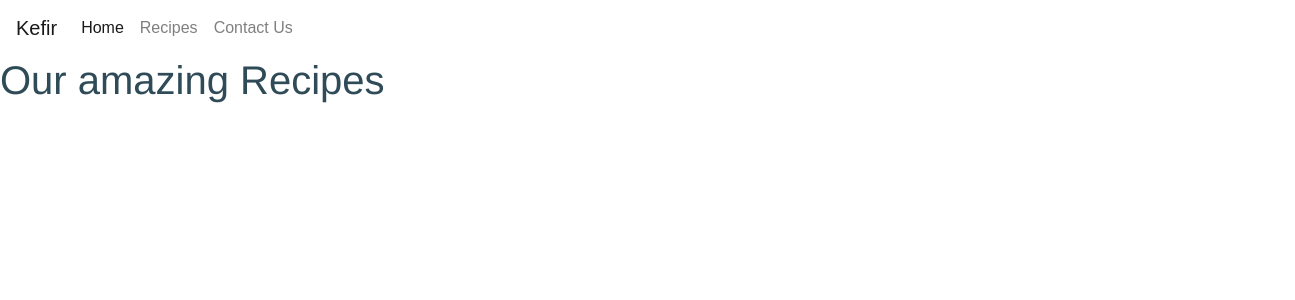
Repository: Code-Institute-Submissions/andna5980-kefir-repo_JuneResub
Page: recipes.html
The author's editor kept a copy of each file at every save. The page is drawn from the files as they stood at one save, then again after the next save.
The browser window is 1280 px wide. The page is 1295 px wide, so the pictures cover 1295 px, including what lies to the right of the window. The pictures show the whole page.
Some web fonts or font styles are not loaded; a fallback is used. Some web libraries are served in a nearby version.

Above is the page before, as saved 2021-03-02 19:44:09.

### recipes.html
<!DOCTYPE html>
<html lang="en-US">

<head>
    <meta charset="UTF-8">
    <meta name="viewport" content="width=device-width, initial-scale=1.0">
    <meta name="author" content="Andres Navarrete">
    <meta name="description"
        content="Kefir, meet the power of nature. Bring the right knowledge and the best recipes from mother nature">
    <meta name="keywords" content="Kefir, recipes, natural-products, home-made, organic, healthy">
    <title>KEFIR | MEET THE POWER OF NATURE</title>
    <link rel="stylesheet" href="https://cdn.jsdelivr.net/npm/bootstrap@4.5.3/dist/css/bootstrap.min.css"
        integrity="sha384-TX8t27EcRE3e/ihU7zmQxVncDAy5uIKz4rEkgIXeMed4M0jlfIDPvg6uqKI2xXr2" crossorigin="anonymous">
    <link rel="stylesheet" href="https://use.fontawesome.com/releases/v5.6.3/css/all.css"
        integrity="sha384-UHRtZLI+pbxtHCWp1t77Bi1L4ZtiqrqD80Kn4Z8NTSRyMA2Fd33n5dQ8lWUE00s/" crossorigin="anonymous">
    <link href="./assets/styles/recipes.css" rel="stylesheet">
</head>

<body>

    <!--------------------Main-Header-------------------------------------->
    <header>
        <nav class="navbar navbar-expand-md navbar-light">
            <a class="navbar-brand" href="#">Kefir</a>
            <button class="navbar-toggler" type="button" data-toggle="collapse" data-target="#navbarNav"
                aria-controls="navbarNav" aria-expanded="false" aria-label="Toggle navigation">
                <span class="navbar-toggler-icon"></span>
            </button>
            <div class="collapse navbar-collapse" id="navbarNav">
                <ul class="navbar-nav">
                    <li class="nav-item active">
                        <a class="nav-link" href="index.html">Home </a>
                    </li>
                    <li class="nav-item">
                        <a class="nav-link" href="recipes.html">Recipes<span class="sr-only">(current)</span></a>
                    </li>
                    <li class="nav-item">
                        <a class="nav-link" href="contact.html">Contact Us</a>
                    </li>

                </ul>
            </div>
        </nav>
    </header>

    <!--------------------Kefir-Recipes-pics-------------------------------------->

    <section class="recipes-title">
        <div class="test-red row">
            <div class="col-12">
                <h1>Our amazing Recipes</h1>
            </div>
        </div>
    </section>




</body>





<script src="https://code.jquery.com/jquery-3.2.1.slim.min.js"
  integrity="sha384-KJ3o2DKtIkvYIK3UENzmM7KCkRr/rE9/Qpg6aAZGJwFDMVNA/GpGFF93hXpG5KkN" crossorigin="anonymous"></script>
<script src="https://cdnjs.cloudflare.com/ajax/libs/popper.js/1.12.9/umd/popper.min.js"
  integrity="sha384-ApNbgh9B+Y1QKtv3Rn7W3mgPxhU9K/ScQsAP7hUibX39j7fakFPskvXusvfa0b4Q" crossorigin="anonymous"></script>
<script src="https://maxcdn.bootstrapcdn.com/bootstrap/4.0.0/js/bootstrap.min.js"
  integrity="sha384-JZR6Spejh4U02d8jOt6vLEHfe/JQGiRRSQQxSfFWpi1MquVdAyjUar5+76PVCmYl" crossorigin="anonymous"></script>
</html>

### assets/styles/recipes.css
@import url('https://fonts.googleapis.com/css2?family=Amatic+SC&family=Caveat+Brush&display=swap');


body {
    font-family: Arial, Helvetica, sans-serif;
    color: #2F4B58;
    max-width: 1950px;
}

h1, h2, h3 {
    font-family:  Caveat Brush, Helvetica, sans-serif;
    color: #2F4B58;
}

### assets/styles/style.css
@import url('https://fonts.googleapis.com/css2?family=Amatic+SC&family=Caveat+Brush&display=swap');

/*.container {
    margin: 15px;
}
*/

body {
    font-family: Arial, Helvetica, sans-serif;
    color: #2F4B58;
    max-width: 1950px;
}

h1, h2, h3 {
    font-family:  Caveat Brush, Helvetica, sans-serif;
    color: #2F4B58;
}


/*----------------------BORDER ROWS AND COLUMNS----------*/

/* .test-red {
    border: 3px solid red
}

.test-blue {
    border:1px solid blue
} */


/*-----------------------Header ----------*/

.navbar-brand {
    float: left;
    color: #2F4B58;
    font-family:  Caveat Brush, Helvetica, sans-serif;
    font-size: 280%;
    margin-left: 20%;
    margin-top: 10px;
}

.navbar-nav {
    float: right;
}

.navbar-nav li a{
    margin-top: 20px;
    color: #2F4B58;
}


.navbar-toggler {
    border: 2px solid #2F4B58;
    color: #2F4B58;
}

/*
.navbar-toggler.icon{

}
*/


/*-----------------------Hero-image ----------*/

.container-hero {
    height: 400px;
    overflow: hidden;
}

.hero-image {
    height: 400px;
    width: 110%;
    background: url(../images/milk-kefir-grains-spoon_1024x1024.jpg) no-repeat center;
    animation-name: hero-zoom;
    animation-duration: 4s;
    animation-fill-mode: forwards;
}

.cover-text h2{
    color: whitesmoke;
    font-size: 140%;
    letter-spacing: 4px;
    text-align: center;



    width: 200px;
    height: 75px;

    padding-top: 10px;

    background-color: rgba(0, 0, 0, .5);
    border-radius: 30px;

    top: 200px;
    left: 100px;

    position: absolute;
}




/*------Animation of the Hero image-------*/

@keyframes hero-zoom {
    from{
        transform: scale(1);
    }
    to{
        transform: scale(1.2);
    }
}

/*-----------------------What-is-kefir-are----------*/

.welcome-text {
    text-align: center;
    margin: 25px, 0;
    padding-top: 30px;
}

.kefir-description{
    padding: 40px;
}

.kefir-description-image {
    padding-top: 20px;
    text-align: center;
}


/*-----------------------kefir-benefits-area----------*/

.benefits-title {
    text-align: center;
    margin: 40px, 0;

}

.benefits-row {
    padding: 40px;
    color: #2F4B58;

}

.benefits-box1 {
    background-color: #ECECDE;
}




/*-----------------------testimonies----------*/
.testimonies-title {
    text-align: center;
    margin: 25px, 0;
    margin-top: 10px;
    margin-bottom: 10px;
}

.testimony-image1 {
   padding-top: 40px;
   padding-left: 50px;
   display: flex;
   justify-content: center;
}

.testimony-image2 {
    padding-top: 40px;
    padding-left: 100px;
    display: flex;
   justify-content: center;
 }


.testimony-box {
    padding: 50px;
    justify-content: center;
}

/*-----------------------footer----------*/

footer {
    height: 80px;
    width: 100%;
    background-color: #2F4B58;
    overflow: hidden;
    margin-top: 20px;

}

.social-networks {
    text-align: center;
    margin-right: 20px;
}

.social-networks a {
    color: white;
    display: inline-block;

    margin: 1px;
    padding: 2%;

    transition: all 0.35s ease-in-out;
    -moz-transition: all 0.35s ease-in-out;
    -webkit-transition: all 0.35s ease-in-out;
    -o-transition: all 0.35s ease-in-out;
}

.social-networks a i:hover {
    color: black;
}

.social-networks i {
    font-size: 160%;
    margin: 1%;
    padding: 5%;
    color: white;
  }

  .social-networks span {
    color: white;
}

After the next save:
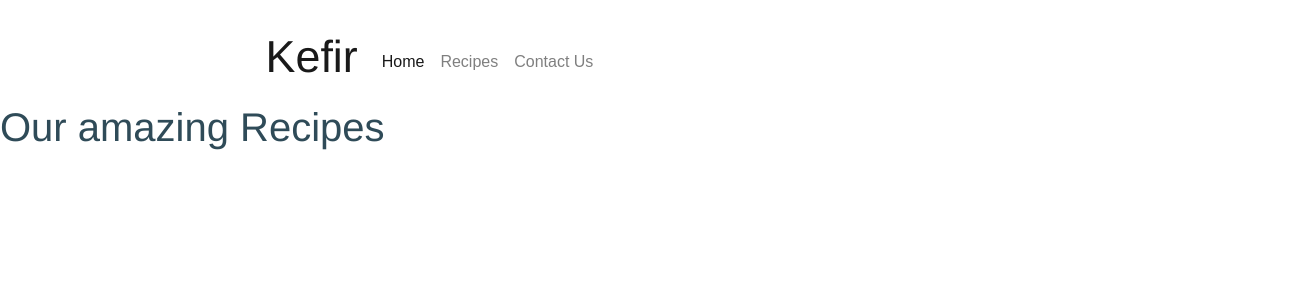
Saved 55 s later.
--- a/recipes.html
+++ b/recipes.html
@@ -13,7 +13,7 @@
         integrity="sha384-TX8t27EcRE3e/ihU7zmQxVncDAy5uIKz4rEkgIXeMed4M0jlfIDPvg6uqKI2xXr2" crossorigin="anonymous">
     <link rel="stylesheet" href="https://use.fontawesome.com/releases/v5.6.3/css/all.css"
         integrity="sha384-UHRtZLI+pbxtHCWp1t77Bi1L4ZtiqrqD80Kn4Z8NTSRyMA2Fd33n5dQ8lWUE00s/" crossorigin="anonymous">
-    <link href="./assets/styles/recipes.css" rel="stylesheet">
+    <link href="./assets/styles/style.css" rel="stylesheet">
 </head>
 
 <body>
